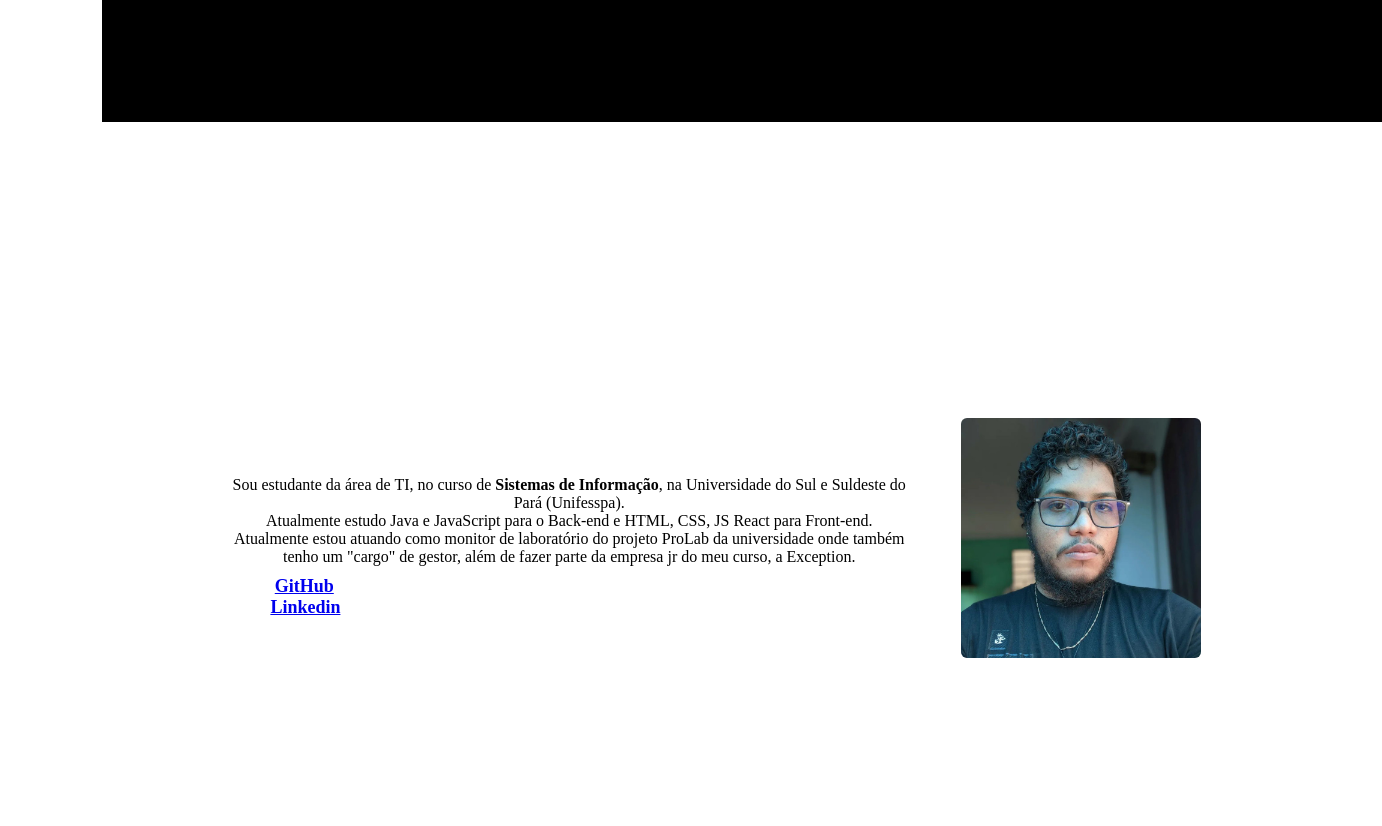
Repository: ramoncbarbosa/Web1_Atividade2
Page: index.html
These files come from the project's save history. The page is drawn as it stood at one moment and after the next save; the edit follows.
The browser window is 1280 px wide. The page is 1382 px wide, so the pictures cover 1382 px, including what lies to the right of the window. The pictures show the whole page.

Above is the page before, as saved 2023-06-09 14:07:15.

### index.html
<!DOCTYPE html>
<html lang="pt-br">
<head>
    <meta charset="UTF-8">
    <meta http-equiv="X-UA-Compatible" content="IE=edge">
    <meta name="viewport" content="width=device-width, initial-scale=1.0">
    <link rel="stylesheet" href="./styles/styles.css">
    <title>Meu Portfolio</title>
</head>
<body>
    <header class="cabecalho">

    </header>
    <main class="conteudo_main">
        <section class="conteudo">
            <h1 class="conteudo_h1">Seja Bem-Vindo ao Meu Local</h1>
            <p class="conteudo_p"> Sou estudante da área de TI, no curso de <strong>Sistemas de Informação</strong>, na Universidade do Sul e Suldeste do Pará (Unifesspa).<br>Atualmente estudo Java e JavaScript para o Back-end e HTML, CSS, JS React para Front-end.
                Atualmente estou atuando como monitor de laboratório do projeto ProLab da universidade onde também tenho um "cargo" de gestor, além de fazer parte da empresa jr do meu curso, a Exception.</p>
                <div class="redes">
                <a id="redes_github" href="https://github.com/    ramoncbarbosa" target="_blank">GitHub</a>
                <a id="redes_linkedin" href="https://www.linkedin.com/in/ramon-barbosa-712273237/" target="bl
                        ">Linkedin</a>
                </div>
        </section>
        <img class="perfil" src="./img/perfil.jpg">
    </main>
</body>
</html>

### styles/styles.css
*{
    padding: 0;
    margin: 0;
}

:root{
    --cor-um: #025464;
    --cor-dois: #FFFFFF;
    --cor-tres: #000000;
}

body {
    width: 100%;
    height: 100vh;
    box-sizing: border-box;
    background-color: var(--cor-dois);
    color: var(--cor-dois);
    margin-left: 8%;
}

.cabecalho{
    width: 100%;
    height: 17%;
    background-color: var(--cor-tres);
}

.conteudo_main{
    margin: 10%;
    height: 80%;
    display: flex;
    align-items: center;
    justify-content: flex-start;
    /*
    justify-content: space-between;
    background-color: var(--cor-tres);
    border-radius: 15px;
    */
}


.conteudo{
    width: 80%;
    justify-content: flex-start;
    align-items: center;
    text-align: center;
    color: var(--cor-tres);

}

.conteudo_h1{
    font-size: 25px;
    color: var(--cor-dois);

}

.conteudo_p{
    font-size: 16px;
    align-items: center;

}

.redes{
    width: 10%;

    font-size: 18px;
    font-weight: 600;

    text-align: center;
    text-decoration: none;

    padding-bottom: 10px;
    padding-left: 40px;
    padding-top: 10px;
}


.redes_github{
    border: 2px solid var(--cor-um);
    border-radius: 8px;
    padding: 12px;
    display: inline;
    margin-bottom: 30px;
    padding: 15px;
}

.redes_linkedin {
    border: 2px solid var(--cor-dois);
    border-radius: 8px;
    padding: 12px;
    display: inline;
    margin-bottom: 30px;
    margin: 30px;
}


.perfil{
    width: 15rem;
    height: 15rem;
    border: 2px solid var(--cor-dois);
    border-radius: 8px;
    margin: 5%;
}

After the next save:
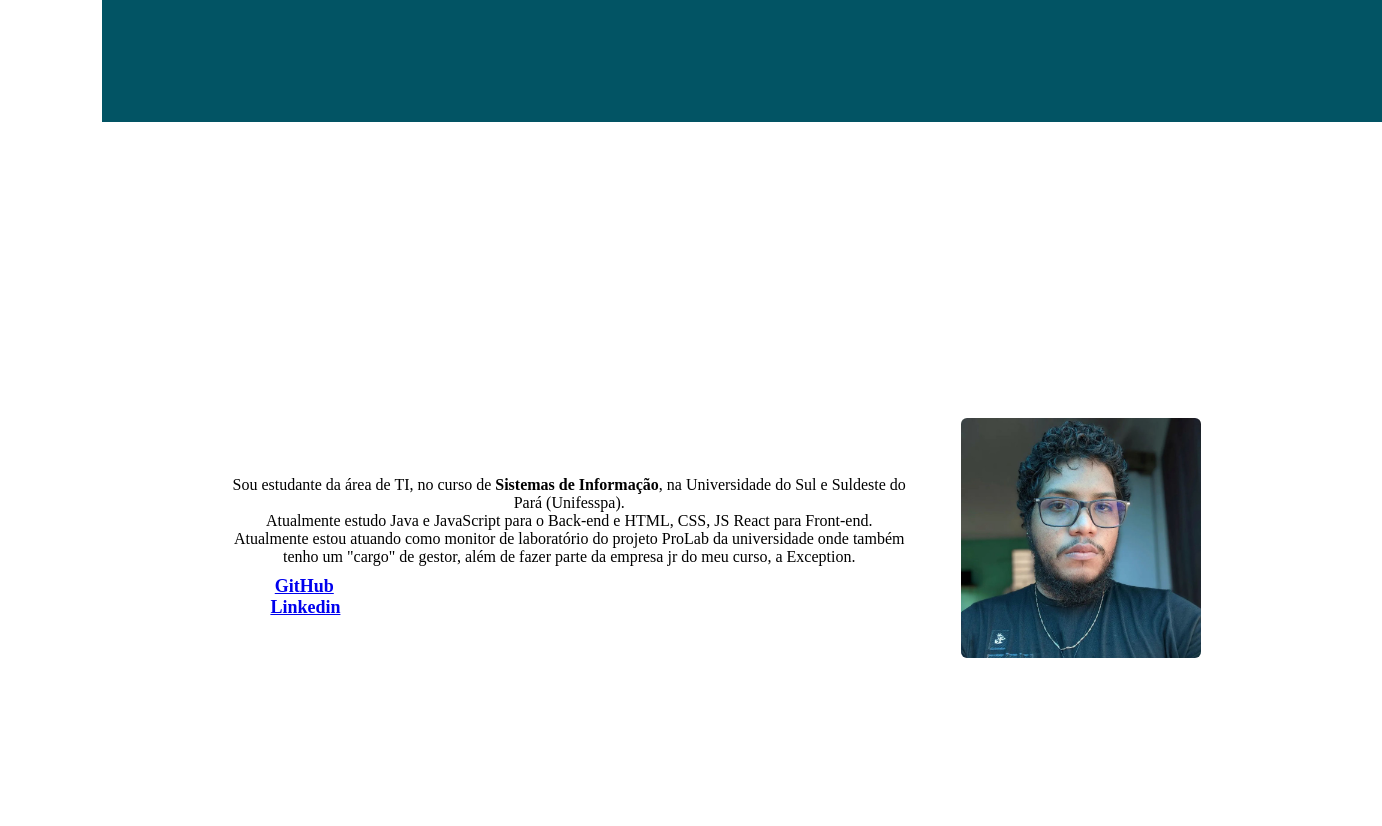
Saved 35 s later.
--- a/styles/styles.css
+++ b/styles/styles.css
@@ -21,7 +21,7 @@ body {
 .cabecalho{
     width: 100%;
     height: 17%;
-    background-color: var(--cor-tres);
+    background-color: var(--cor-um);
 }
 
 .conteudo_main{
